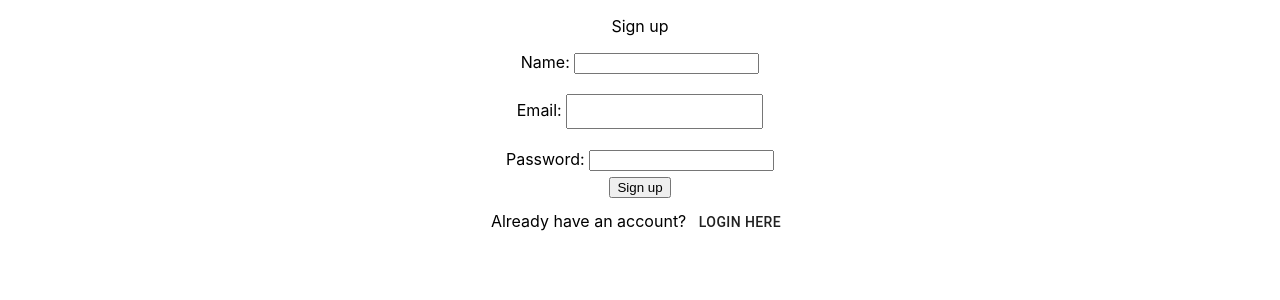
Repository: Rubin78/loginform
Page: /signup
The author's editor kept a copy of each file at every save. The page is drawn from the files as they stood at one save, then again after the next save.
The browser window is 1280 px wide. The pictures show the whole page.
The project was rebuilt for these pictures with package versions that can differ from the ones it lists, and the page was loaded fresh each time. Also part of the build but not shown: src/loginform/loginform.js.

Above is the page before, as saved 2021-02-12 17:33:16.

After the next save:
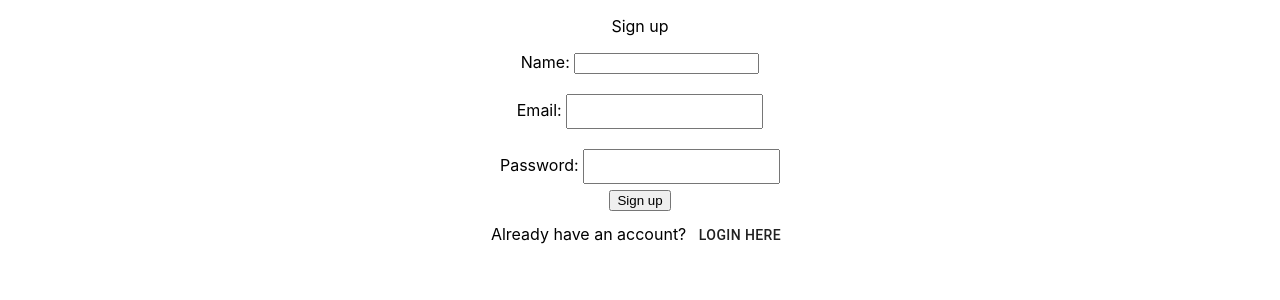
Saved 19 s later.
--- a/src/loginform/signupform.js
+++ b/src/loginform/signupform.js
@@ -56,7 +56,7 @@ const FormPage = (props) => {
               <Col md="12" style={{ padding: 20 }}>
                 <label for="email">Email: </label>
                 <input
-                  style={{ padding: 8  }}
+                  style={{ padding: 8 }}
                   required
                   label="Your name"
                   id="email"
@@ -70,6 +70,7 @@ const FormPage = (props) => {
               <Col md="12">
                 <label for="password">Password: </label>
                 <input
+                  style={{ padding: 8 }}
                   required
                   label="Your name"
                   id="password"
